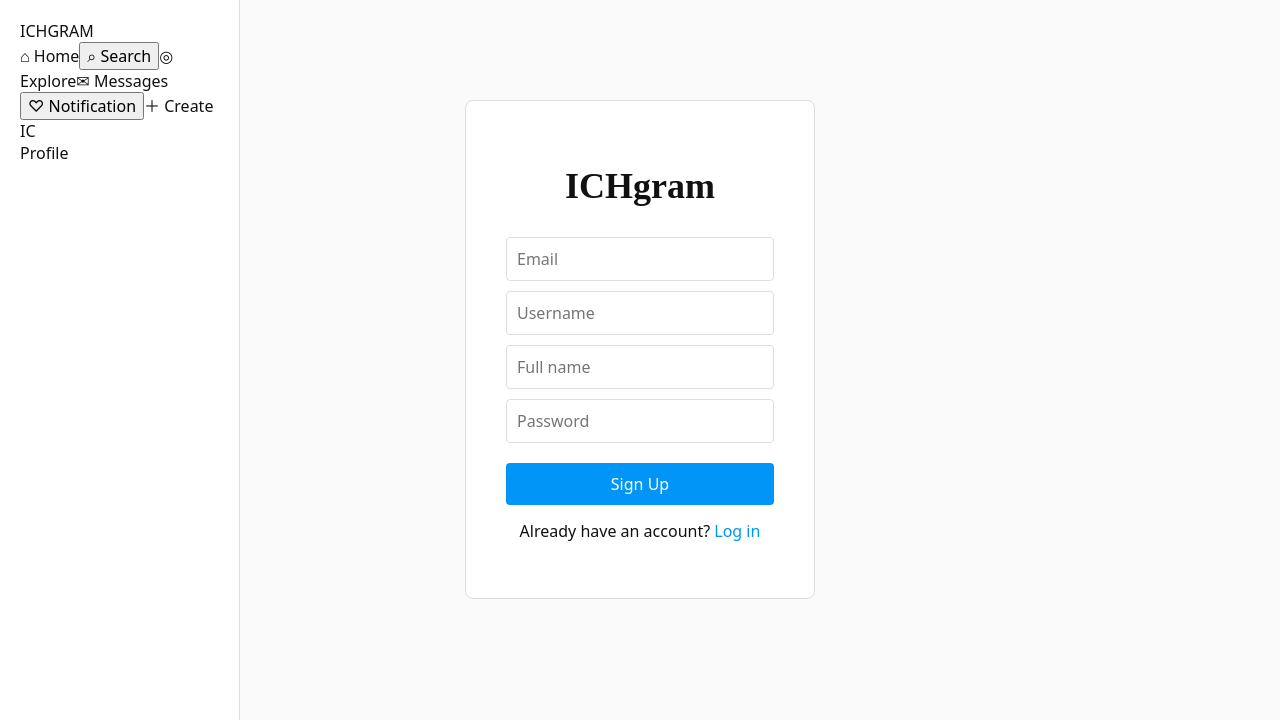
Repository: JuliiaJuliia/project-ichgram
Page: /register
The author's editor kept a copy of each file at every save. The page is drawn from the files as they stood at one save, then again after the next save.
The browser window is 1280 px wide. The pictures show the whole page.
The project was rebuilt for these pictures with package versions that can differ from the ones it lists, and the page was loaded fresh each time. Also part of the build but not shown: src/components/ProtectedRoute.js, src/components/Stories.js, src/components/PostForm.js, src/components/PostCard.css, src/components/PostCard.js, src/components/Feed.js, src/components/Chat.js, src/pages/Login.js and 4 more.

Above is the page before, as saved 2026-02-19 19:16:09.

### src/index.css
:root{
  --bg:#fafafa;
  --surface:#fff;
  --text:#111;
  --muted:#737373;
  --line:#dbdbdb;
  --blue:#0095f6;

  --radius:14px;
  --shadow:0 10px 30px rgba(0,0,0,.12);
  --shadow-soft:0 6px 18px rgba(0,0,0,.10);

  --sidebar-w:240px;
  --drawer-w:420px;
  --container-w:1100px;
}

*{ box-sizing:border-box; }
html, body{ height:100%; }
body{
  margin:0;
  font-family: system-ui, -apple-system, Segoe UI, Roboto, Arial, sans-serif;
  background: var(--bg);
  color: var(--text);
}

a{ color:inherit; text-decoration:none; }
button, input{ font:inherit; }

### src/App.js
import "./App.css";
import { BrowserRouter as Router, Routes, Route } from "react-router-dom";
import ProtectedRoute from "./components/ProtectedRoute";

// ==== Компоненты ====
import Sidebar from "./components/Sidebar";
import Stories from "./components/Stories";
import PostForm from "./components/PostForm";
import Feed from "./components/Feed";
import Chat from "./components/Chat";

// ==== Страницы ====
import Login from "./pages/Login";
import Register from "./pages/Register";
import NotFound from "./pages/NotFound";
import Profile from "./pages/Profile";

// ==== Внутренние компоненты страниц ====
function Home() {
  return (
    <div className="main-content">
      <Stories />
      <PostForm />
      <Feed />
    </div>
  );
}

function Messages() {
  const chatId = "123";
  const userId = "user123";

  return (
    <div className="main-content">
      <h2>Messages</h2>
      <Chat chatId={chatId} userId={userId} />
    </div>
  );
}

// ==== Основной компонент приложения ====
function App() {
  return (
    <Router>
      <div className="app-container">
        {/* Левое меню (Sidebar) */}
        <Sidebar />

        {/* Настройка маршрутов */}
        <Routes>

          {/* ===== Закрытые маршруты ===== */}
          <Route
            path="/"
            element={
              <ProtectedRoute>
                <Home />
              </ProtectedRoute>
            }
          />

          <Route
            path="/messages"
            element={
              <ProtectedRoute>
                <Messages />
              </ProtectedRoute>
            }
          />

          <Route
            path="/profile"
            element={
              <ProtectedRoute>
                <Profile />
              </ProtectedRoute>
            }
          />

          {/* ===== Публичные маршруты (без авторизации) ===== */}
          <Route path="/login" element={<Login />} />
          <Route path="/register" element={<Register />} />

          {/* ===== 404 ===== */}
          <Route path="*" element={<NotFound />} />

        </Routes>
      </div>
    </Router>
  );
}

export default App;

### src/App.css
.app-container {
  display: flex;
}

.main-content {
  margin-left: 260px;
  padding: 20px;
  width: 100%;
  max-width: 700px;
}

### src/components/Sidebar.js
import React from "react";
import { NavLink, useNavigate } from "react-router-dom";
import "./Sidebar.css";

export default function Sidebar({ onOpenPanel }) {
  const navigate = useNavigate();

  return (
    <aside className="sidebar">
      <div className="sidebarLogo" onClick={() => navigate("/")}>
        ICHGRAM
      </div>

      <nav className="sidebarNav">
        <NavLink to="/" className="navItem">
          <span className="icon">⌂</span> Home
        </NavLink>

        <button className="navItem btnNav" onClick={() => onOpenPanel("search")}>
          <span className="icon">⌕</span> Search
        </button>

        <NavLink to="/explore" className="navItem">
          <span className="icon">◎</span> Explore
        </NavLink>

        <NavLink to="/messages" className="navItem">
          <span className="icon">✉</span> Messages
        </NavLink>

        <button className="navItem btnNav" onClick={() => onOpenPanel("notifications")}>
          <span className="icon">♡</span> Notification
        </button>

        <NavLink to="/create" className="navItem">
          <span className="icon">＋</span> Create
        </NavLink>
      </nav>

      <NavLink to="/profile" className="sidebarProfile">
        <div className="avatarSmall">IC</div>
        <span>Profile</span>
      </NavLink>
    </aside>
  );
}

### src/pages/Register.js
import React, { useState } from "react";
import { Link, useNavigate } from "react-router-dom";
import axios from "axios";
import "./Auth.css";

function Register() {
  const [email, setEmail] = useState("");
  const [username, setUsername] = useState("");
  const [fullName, setFullName] = useState("");  // ✅ додаємо повне ім’я
  const [password, setPassword] = useState("");
  const navigate = useNavigate();

  const handleRegister = async (e) => {
    e.preventDefault();
    try {
      await axios.post("http://localhost:3001/api/auth/register", {
        email,
        username,
        fullName,    // ✅ тепер передаємо
        password,
      });

      alert("✅ Реєстрація успішна!");
      navigate("/login");
    } catch (err) {
      alert("❌ " + (err.response?.data?.message || "Помилка реєстрації"));
      console.error(err);
    }
  };

  return (
    <div className="auth-container">
      <h1>ICHgram</h1>

      <form onSubmit={handleRegister}>
        <input
          type="email"
          placeholder="Email"
          value={email}
          onChange={(e) => setEmail(e.target.value)}
          required
        />

        <input
          type="text"
          placeholder="Username"
          value={username}
          onChange={(e) => setUsername(e.target.value)}
          required
        />

        <input
          type="text"
          placeholder="Full name"          // ✅ поле повного імені
          value={fullName}
          onChange={(e) => setFullName(e.target.value)}
          required
        />

        <input
          type="password"
          placeholder="Password"
          value={password}
          onChange={(e) => setPassword(e.target.value)}
          required
        />

        <button type="submit">Sign Up</button>
      </form>

      <p>
        Already have an account? <Link to="/login">Log in</Link>
      </p>
    </div>
  );
}

export default Register;

### src/components/Sidebar.css
.sidebar{
    width:240px;
    height:100vh;
    position:fixed;
    left:0;
    top:0;
    background:#fff;
    border-right:1px solid #dbdbdb;
    padding:14px 12px;
    display:flex;
    flex-direction:column;
  }

  .sidebar__logo{
    font-weight:800;
    font-size:20px;
    padding:10px;
    cursor:pointer;
  }

  .sidebar__nav{
    display:flex;
    flex-direction:column;
    gap:4px;
    margin-top:10px;
  }

  .sidebar__item{
    display:flex;
    align-items:center;
    gap:12px;
    padding:10px;
    border-radius:12px;
    border:0;
    background:transparent;
    cursor:pointer;
    font-size:14px;
  }

  .sidebar__item:hover{
    background:#f2f2f2;
  }

  .sidebar__icon{
    width:22px;
    text-align:center;
  }

  .sidebar__bottom{
    margin-top:auto;
  }

  .sidebar__profile{
    display:flex;
    align-items:center;
    gap:10px;
    padding:10px;
    border-radius:12px;
    text-decoration:none;
    color:black;
  }

  .sidebar__profile:hover{
    background:#f2f2f2;
  }

  .sidebar__avatar{
    width:28px;
    height:28px;
    border-radius:50%;
    background:#ddd;
  }

### src/components/Stories.css
.sidebar {
    width: 240px;
    height: 100vh;
    border-right: 1px solid #ddd;
    padding: 20px;
    position: fixed;
    left: 0;
    top: 0;
    background: white;
  }

  .logo {
    font-size: 24px;
    margin-bottom: 30px;
  }

  .nav-item {
    padding: 12px 0;
    font-size: 18px;
    cursor: pointer;
  }

  .nav-item:hover {
    background: #f5f5f5;
    border-radius: 8px;
    padding-left: 10px;
  }

### src/pages/Auth.css
.auth-container {
    width: 350px;
    margin: 100px auto;
    text-align: center;
    background: #fff;
    padding: 40px;
    border: 1px solid #ddd;
    border-radius: 8px;
  }

  .auth-container h1 {
    font-family: 'Brush Script MT', cursive;
    font-size: 36px;
    margin-bottom: 30px;
  }

  .auth-container input {
    display: block;
    width: 100%;
    margin: 10px 0;
    padding: 10px;
    border: 1px solid #ddd;
    border-radius: 4px;
  }

  .auth-container button {
    width: 100%;
    padding: 10px;
    background-color: #0095f6;
    color: white;
    border: none;
    border-radius: 4px;
    margin-top: 10px;
  }

  .auth-container p {
    margin-top: 15px;
  }

  .auth-container a {
    color: #0095f6;
    text-decoration: none;
  }

Loaded but not shown: public/index.html (common file); src/index.js (common file); src/reportWebVitals.js (common file)

After the next save:
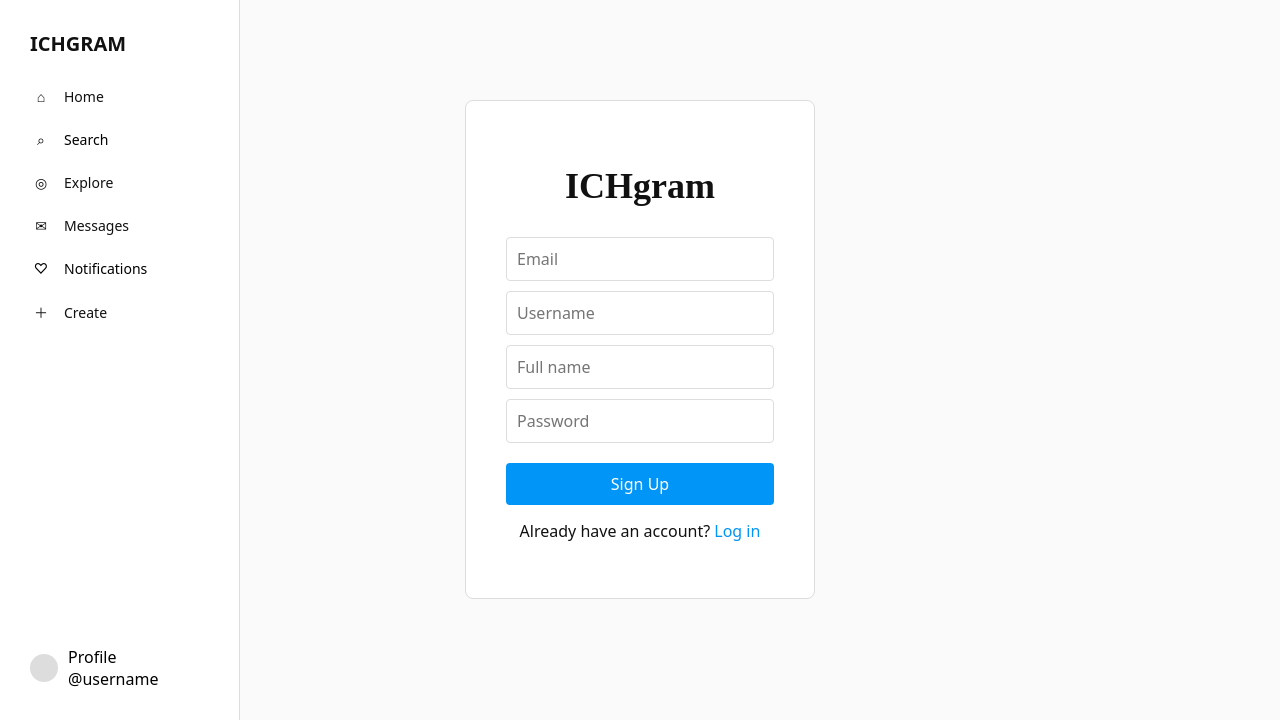
Saved 12 s later.
--- a/src/components/Sidebar.js
+++ b/src/components/Sidebar.js
@@ -2,45 +2,78 @@ import React from "react";
 import { NavLink, useNavigate } from "react-router-dom";
 import "./Sidebar.css";
 
-export default function Sidebar({ onOpenPanel }) {
+export default function Sidebar(props) {
   const navigate = useNavigate();
+
+  // Безопасно: если проп не пришёл — не падаем
+  const openPanel =
+    typeof props.onOpenPanel === "function" ? props.onOpenPanel : null;
+
+  const handleSearch = () => {
+    // 1) Если Layout передал функцию — откроем drawer
+    if (openPanel) return openPanel("search");
+    // 2) Иначе просто перейдем на роут (чтобы не было ошибки)
+    navigate("/search");
+  };
+
+  const handleNotifications = () => {
+    if (openPanel) return openPanel("notifications");
+    navigate("/notifications");
+  };
 
   return (
     <aside className="sidebar">
-      <div className="sidebarLogo" onClick={() => navigate("/")}>
-        ICHGRAM
+      <div className="sidebar__logo" onClick={() => navigate("/")}>
+        <span className="sidebar__logoText">ICHGRAM</span>
       </div>
 
-      <nav className="sidebarNav">
-        <NavLink to="/" className="navItem">
-          <span className="icon">⌂</span> Home
+      <nav className="sidebar__nav">
+        <NavLink to="/" className="sidebar__item">
+          <span className="sidebar__icon">⌂</span>
+          <span className="sidebar__label">Home</span>
         </NavLink>
 
-        <button className="navItem btnNav" onClick={() => onOpenPanel("search")}>
-          <span className="icon">⌕</span> Search
+        <button type="button" className="sidebar__item" onClick={handleSearch}>
+          <span className="sidebar__icon">⌕</span>
+          <span className="sidebar__label">Search</span>
         </button>
 
-        <NavLink to="/explore" className="navItem">
-          <span className="icon">◎</span> Explore
+        <NavLink to="/explore" className="sidebar__item">
+          <span className="sidebar__icon">◎</span>
+          <span className="sidebar__label">Explore</span>
         </NavLink>
 
-        <NavLink to="/messages" className="navItem">
-          <span className="icon">✉</span> Messages
+        <NavLink to="/messages" className="sidebar__item">
+          <span className="sidebar__icon">✉</span>
+          <span className="sidebar__label">Messages</span>
         </NavLink>
 
-        <button className="navItem btnNav" onClick={() => onOpenPanel("notifications")}>
-          <span className="icon">♡</span> Notification
+        <button
+          type="button"
+          className="sidebar__item"
+          onClick={handleNotifications}
+        >
+          <span className="sidebar__icon">♡</span>
+          <span className="sidebar__label">Notifications</span>
         </button>
 
-        <NavLink to="/create" className="navItem">
-          <span className="icon">＋</span> Create
+        <NavLink to="/create" className="sidebar__item">
+          <span className="sidebar__icon">＋</span>
+          <span className="sidebar__label">Create</span>
         </NavLink>
       </nav>
 
-      <NavLink to="/profile" className="sidebarProfile">
-        <div className="avatarSmall">IC</div>
-        <span>Profile</span>
-      </NavLink>
+      <div className="sidebar__bottom">
+        <div className="sidebar__divider" />
+
+        <NavLink to="/profile" className="sidebar__profile">
+          <div className="sidebar__avatar" />
+          <div className="sidebar__profileText">
+            <div className="sidebar__profileName">Profile</div>
+            <div className="sidebar__profileSub">@username</div>
+          </div>
+        </NavLink>
+      </div>
     </aside>
   );
 }
